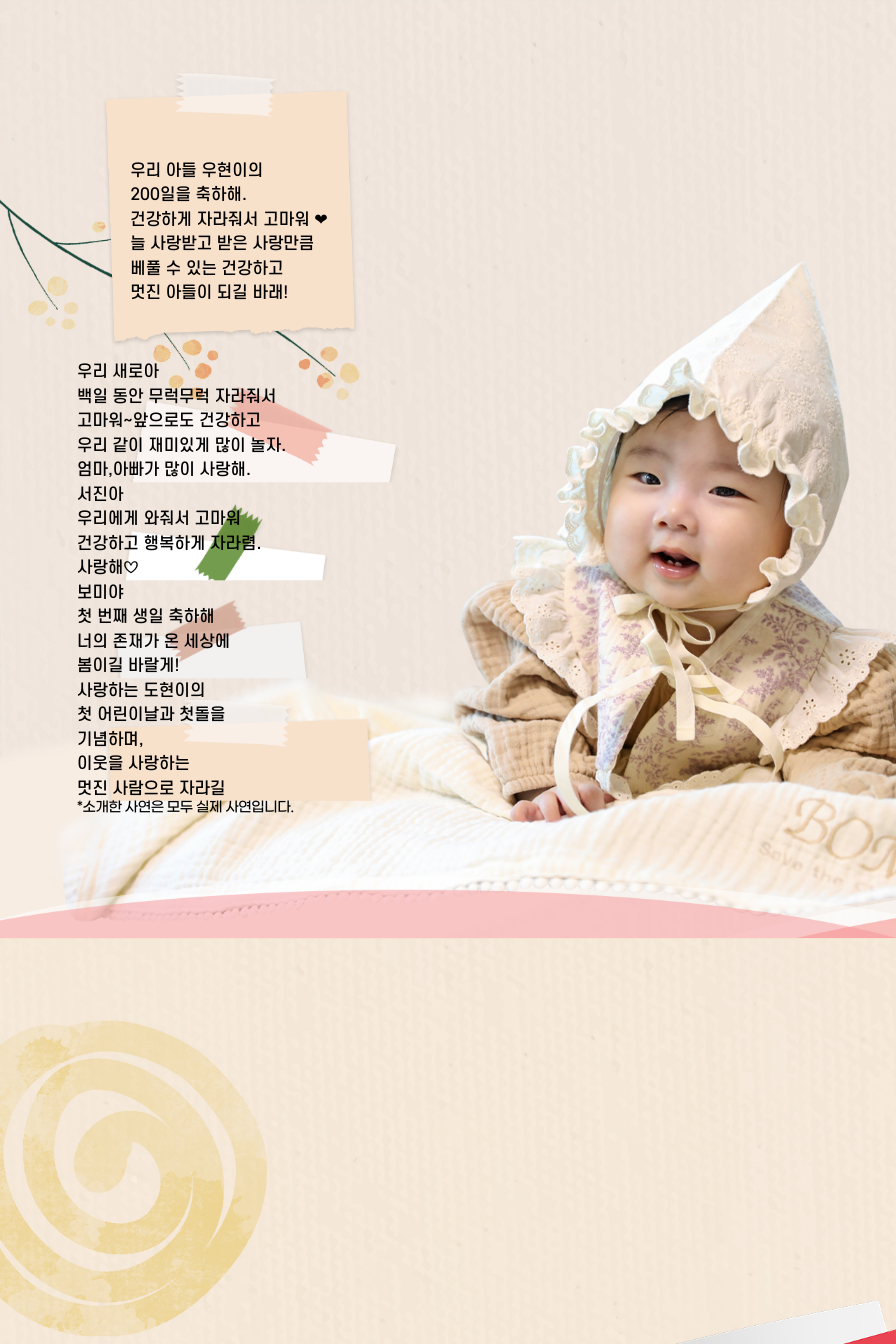
Repository: dlgywls1130/save_the_children
Page: index.html
An editor plug-in stored every save of this project. The page is shown before and after the next save, followed by the edit.
The browser window is 1280 px wide. The pictures show the part of the page from y = 1080 to 3000 px (the page is 4840 px tall), at 70% of full size.

Above is the page before, as saved 2023-12-12 22:08:16.

### index.html
<!DOCTYPE html>
<html lang="en">
<head>
    <meta charset="UTF-8">
    <meta name="viewport" content="width=device-width, initial-scale=1.0">
    <title>세이브더칠드런</title>

    <link rel="stylesheet" href="./css/reset.css">
    <link rel="stylesheet" href="./css/style.css">
</head>
<body>
    <div class="content_body">
        <section class="section_wrapper section01">
            <div class="se01 se_wrapper">
                <div class="se01_sub">
                    <div class="sub_logo">
                        <img src="./img/logo01.png" alt="logo">
                    </div>
                    <p>우리 아기 좋은 날 기부</p>
                </div>
                <p class="seo01_title">
                    아가야,
                </p>
                <p class="seo01_title_two">
                    너의 <span>탄생</span> 순간을 축하해!
                </p>
                <p class="section_descript mb-45">
                    처음 아기의 심장 소리를 들었던 순간,
                    <br>여린 아가의 성장이 실감나던 배냇짓,
                    <br>기적 같았던 백일,
                    <br>그리고 아이의 첫 생일인 첫돌...
                </p>
                <p class="section_descript">
                    아이의 건강과 행복을 바라는 마음을 담아,
                    <br>내 아이의 소중한 순간을 기부로 기념해보세요.
                    <br>함께 자라나는 다른 아이들에게도 큰 축복이 됩니다.
                </p>

                <a class="donation_link" href="javascript:void(0)">우리 아기 좋은 날 기부</a>
            </div>
        </section>
        <section class="section_wrapper section02">
            <div class="se02 se_wrapper">
                <div class="postit_wrapper">
                    <div class="postit postit01">
                        우리 아들 우현이의<br>
                        200일을 축하해.<br>
                        건강하게 자라줘서 고마워 ❤<br>
                        늘 사랑받고 받은 사랑만큼<br>
                        베풀 수 있는 건강하고<br>
                        멋진 아들이 되길 바래!
                    </div>
                    <div class="postit postit02">
                        우리 새로아<Br>
                        백일 동안 무럭무럭 자라줘서<Br>
                        고마워~앞으로도 건강하고<Br>
                        우리 같이 재미있게 많이 놀자.<Br>
                        엄마,아빠가 많이 사랑해.
                    </div>
                    <div class="postit postit03">
                        서진아<br>
                        우리에게 와줘서 고마워<br>
                        건강하고 행복하게 자라렴.<br>
                        사랑해♡
                    </div>
                    <div class="postit postit04">
                        보미야<br>
                        첫 번째 생일 축하해<br>
                        너의 존재가 온 세상에<br>
                        봄이길 바랄게!
                    </div>
                    <div class="postit postit05">
                        사랑하는 도현이의<br>
                        첫 어린이날과 첫돌을<br>
                        기념하며, <br>
                        이웃을 사랑하는<br>
                        멋진 사람으로 자라길

                    </div>
                </div>
                <p class="ex_text">*소개한 사연은 모두 실제 사연입니다.</p>

            </div>
        </section>
        <section class="section_wrapper section03">

        </section>
        <section class="section_wrapper section04">

        </section>
        <section class="section_wrapper section05">

        </section>
        <section class="section_wrapper section06">

        </section>
        <section class="section_wrapper section07">

        </section>
        <section class="section_wrapper section08">

        </section>
    </div>
</body>
</html>

### css/reset.css


html, body, div, span, applet, object, iframe,
h1, h2, h3, h4, h5, h6, p, blockquote, pre,
a, abbr, acronym, address, big, cite, code,
del, dfn, em, img, ins, kbd, q, s, samp,
small, strike, strong, sub, sup, tt, var,
b, u, i, center,
dl, dt, dd, ol, ul, li,
fieldset, form, label, legend,
table, caption, tbody, tfoot, thead, tr, th, td,
article, aside, canvas, details, embed,
figure, figcaption, footer, header, hgroup,
menu, nav, output, ruby, section, summary,
time, mark, audio, video {
	margin: 0;
	padding: 0;
	border: 0;
	font-size: 100%;
	font: inherit;
	vertical-align: baseline;
}

article, aside, details, figcaption, figure,
footer, header, hgroup, menu, nav, section {
	display: block;
}
body {
	line-height: 1;
}
ol, ul {
	list-style: none;
}
blockquote, q {
	quotes: none;
}
blockquote:before, blockquote:after,
q:before, q:after {
	content: '';
	content: none;
}
table {
	border-collapse: collapse;
	border-spacing: 0;
}

### css/style.css

/* root */
:root{
    --main-color:#B17A60;
    --pink-color:#F79497;
}


/* font */

/* dongle */
@font-face {
    font-family: 'Dongle';
    font-weight: 300;
    src: url('../font/Dongle-Light.ttf') format('ttf'),
    url('../font/Dongle-Light.woff') format('woff');
}

@font-face {
    font-family: 'Dongle';
    font-weight: 500;
    src: url('../font/Dongle-Regular.ttf') format('ttf'),
    url('../font/Dongle-Regular.woff') format('woff');
}

@font-face {
    font-family: 'Dongle';
    font-weight: 700;
    src: url('../font/Dongle-Bold.ttf') format('ttf'),
    url('../font/Dongle-Bold.woff') format('woff');
}


/* Gmarket */
@font-face {
    font-family: 'GmarketSans';
    font-weight: 300;
    src: url('../font/GmarketSansLight.ttf') format('ttf'),
    url('../font/GmarketSansLight.woff') format('woff');
}

@font-face {
    font-family: 'GmarketSans';
    font-weight: 500;
    src: url('../font/GmarketSansMedium.ttf') format('ttf'),
    url('../font/GmarketSansMedium.woff') format('woff');
}

@font-face {
    font-family: 'GmarketSans';
    font-weight: 700;
    src: url('../font/GmarketSansBold.ttf') format('ttf'),
    url('../font/GmarketSansBold.woff') format('woff');
}


/* nanumsqure */

@font-face {
    font-family: 'NanumSquare';
    font-weight: 400;
    src: url('../font/NanumSquareL.ttf') format('ttf'),
    url('../font/NanumSquareL.woff') format('woff');
}

@font-face {
    font-family: 'NanumSquare';
    font-weight: 500;
    src: url('../font/NanumSquareR.ttf') format('ttf'),
    url('../font/NanumSquareR.woff') format('woff');
}

@font-face {
    font-family: 'NanumSquare';
    font-weight: 600;
    src: url('../font/NanumSquareB.ttf') format('ttf'),
    url('../font/NanumSquareB.woff') format('woff');
}

@font-face {
    font-family: 'NanumSquare';
    font-weight: 700;
    src: url('../font/NanumSquareEB.ttf') format('ttf'),
    url('../font/NanumSquareEB.woff') format('woff');
}



/* scdream5 */
@font-face {
    font-family: 'SCDream5';
    src: url('../font/SCDream5.woff') format('woff'),
    url('../font/SCDream5.ttf') format('ttf'),
    url('../font/SCDream5.otf') format('otf');
}


.section_wrapper{
    max-width:1920px;
    width: 100%;

}

.se_wrapper{
    max-width: 1060px;
    margin: 0 auto;
    width: 100%;
    position: relative;
}


/* common */
.mb-45{margin-bottom: 45px;}

/* section01 */


.section01{
    background: url('../img/back01.jpg') no-repeat;
    height: 1080px;

}

.se01{
    padding: 230px 0 70px;

}
.se01_sub{

    display: flex;
    align-items: center;
    margin-bottom: 30px;
}

.sub_logo{
    width: 198px;
    height: 65px;
    margin-right: 15px;
}

.sub_logo img{
    width: 100%;
    height: 100%;
    object-fit: contain;
}

.se01_sub p{
    width: 302px;
    height: 52px;
    background: #B17A60;
    border-radius: 20px;
    display: flex;
    align-items: center;
    justify-content: center;
    letter-spacing: -0.03em;
    font-size: 25px;
    font-weight: 700;
    font-family: 'GmarketSans',sans-serif;
    color: #fff;
}

.seo01_title{
    font-family: 'Dongle',sans-serif;
    font-weight: 500;
    font-size: 150px;
    color: var(--main-color);
    letter-spacing: -0.03em;
}

.seo01_title_two{
    font-family: 'Dongle',sans-serif;
    font-weight: 500;
    font-size: 120px;
    color: var(--main-color);
    letter-spacing: -0.03em;
    margin-top: -4%;
    margin-bottom: 50px;
}

.section_descript{
    font-size: 25px;
    line-height: 35px;
    font-family: 'GmarketSans';
    font-weight: 500;
    letter-spacing: -0.03em;
    color: #000;
}

.donation_link{
    width: 560px;
    height: 75px;
    border-radius: 100px;
    display: flex;
    align-items: center;
    justify-content: center;
    background: var(--pink-color);
    color: #fff;
    font-family: 'GmarketSans';
    font-size: 35px;
    font-weight: 700;
    letter-spacing: -0.03em;
    text-decoration: none;
    margin: 45px auto 0;
}
/* section02 */

.section02{
    height: 1340px;
    background: url('../img/back03.jpg') no-repeat;
}

.se02{
    padding: 76px 0 96px;
}

.ex_text{
    font-family: 'GmarketSans';
    font-size: 20px;
    font-weight: 500;
    letter-spacing: -0.03em;
}

.postit{
    font-family: 'SCDream5';
    font-size: 23px;
    line-height: 35px;
}

.postit01{
    background:url('../img/post04.png') no-repeat;
    width: 438px;
    height: 438px;
    background-size: contain;
    padding: 150px 76px 99px;
    box-sizing: border-box;
}

.postit02{
    background:url('../img/post05.png') no-repeat;
}

.postit03{
    background:url('../img/post02.png') no-repeat;
}

.postit04{
    background:url('../img/post03.png') no-repeat;
}

.postit05{
    background:url('../img/post04.png') no-repeat;
}
/* section03 */

.section03{
    height: 1340px;
    background: url('../img/back04.jpg') no-repeat;
}

/* section04 */

.section04{
    height: 1080px;

}

/* section05 */

/* section06 */

/* section07 */

/* section08 */

After the next save:
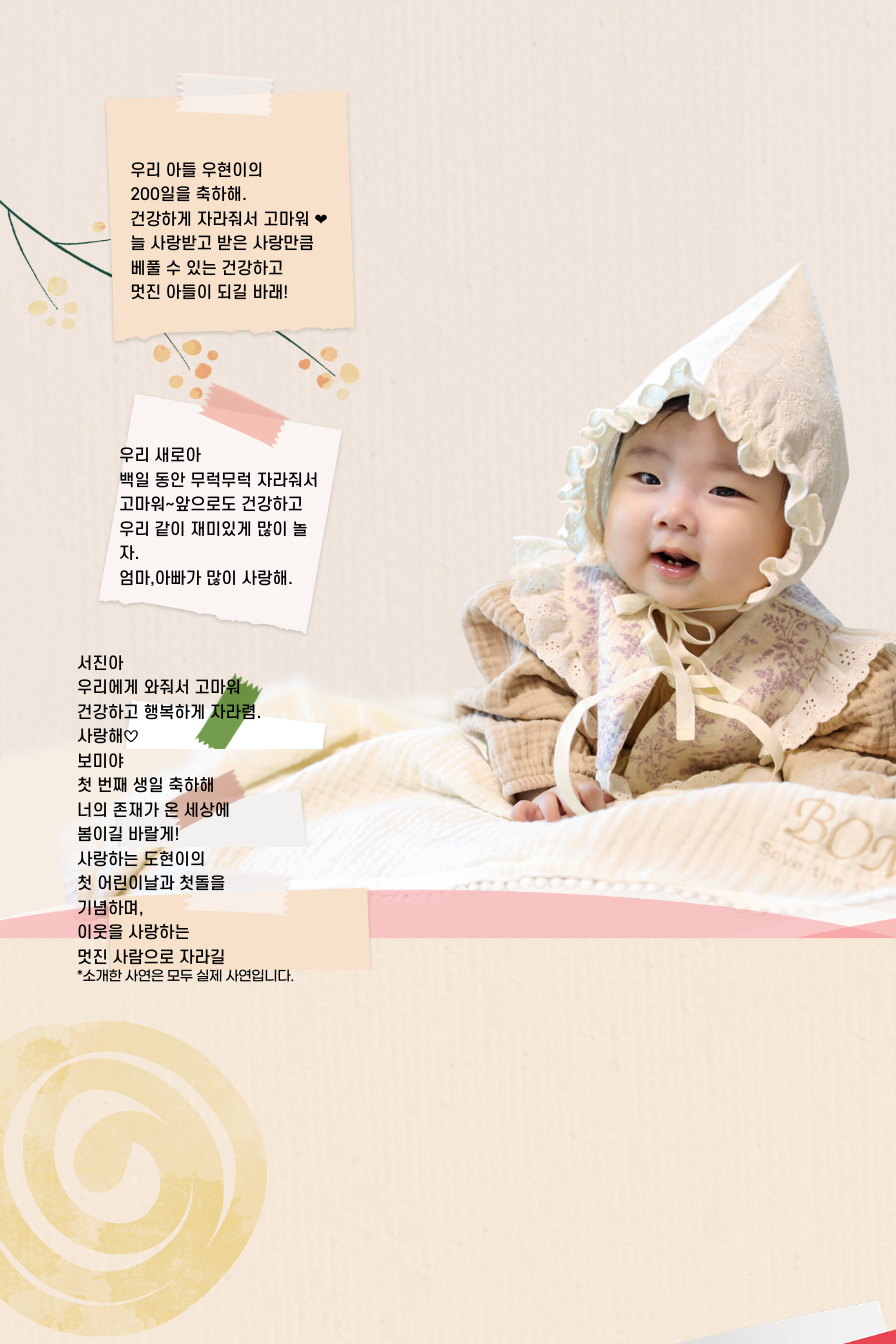
Saved 38 s later.
--- a/css/style.css
+++ b/css/style.css
@@ -237,6 +237,11 @@
 
 .postit02{
     background:url('../img/post05.png') no-repeat;
+    width: 416px;
+    height: 416px;
+    background-size: contain;
+    padding: 120px 60px 99px;
+    box-sizing: border-box;
 }
 
 .postit03{
